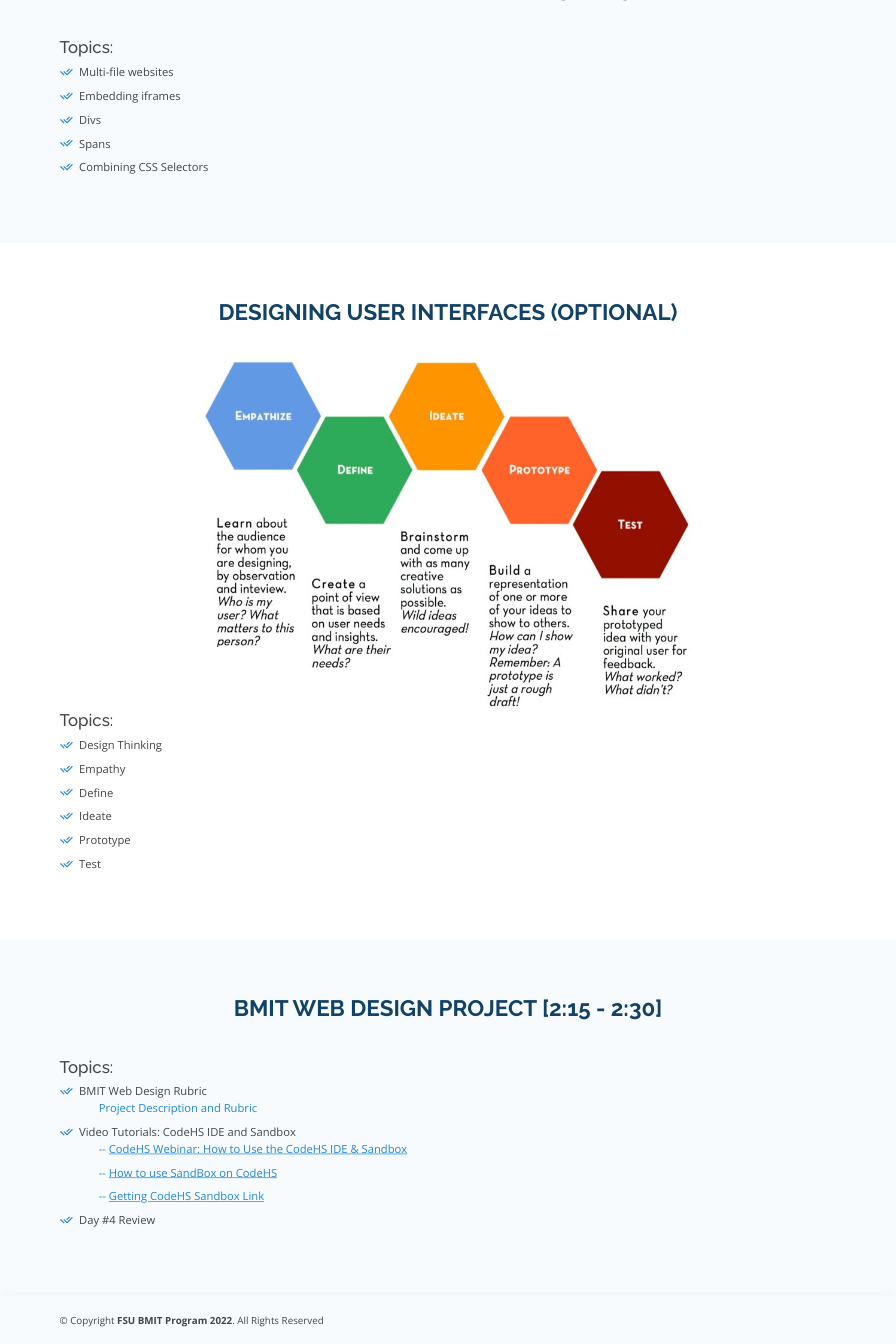
Repository: cchatmon/BMIT-Program
Page: BMIT_OnePage/index.html
The author's editor kept a record of every edit. The page is drawn from the files as they stood at one moment, then again after the next edit.
The browser window is 1280 px wide. The pictures show the part of the page from y = 2410 to 4330 px (the page is 4330 px tall before and 4296 px after), at 70% of full size.
Backgrounds fixed to the window are drawn as part of the page.

Above is the page before.

### BMIT_OnePage/index.html
<!DOCTYPE html>
<html lang="en">

<head>
  <meta charset="utf-8">
  <meta content="width=device-width, initial-scale=1.0" name="viewport">

  <title>FSU BMIT Program</title>
  <meta content="" name="descriptison">
  <meta content="" name="keywords">

  <!-- Favicons -->
  <link href="assets/img/favicon.png" rel="icon">
  <link href="assets/img/apple-touch-icon.png" rel="apple-touch-icon">

  <!-- Google Fonts -->
  <link href="https://fonts.googleapis.com/css?family=Open+Sans:300,300i,400,400i,600,600i,700,700i|Raleway:300,300i,400,400i,500,500i,600,600i,700,700i|Poppins:300,300i,400,400i,500,500i,600,600i,700,700i" rel="stylesheet">

  <!-- Vendor CSS Files -->
  <link href="assets/vendor/bootstrap/css/bootstrap.min.css" rel="stylesheet">
  <link href="assets/vendor/icofont/icofont.min.css" rel="stylesheet">
  <link href="assets/vendor/boxicons/css/boxicons.min.css" rel="stylesheet">
  <link href="assets/vendor/remixicon/remixicon.css" rel="stylesheet">
  <link href="assets/vendor/venobox/venobox.css" rel="stylesheet">
  <link href="assets/vendor/owl.carousel/assets/owl.carousel.min.css" rel="stylesheet">
  <link href="assets/vendor/aos/aos.css" rel="stylesheet">

  <!-- Template Main CSS File -->
  <link href="assets/css/style.css" rel="stylesheet">

  <!-- =======================================================
  * Template Name: OnePage - v2.0.0
  * Template URL: https://bootstrapmade.com/onepage-multipurpose-bootstrap-template/
  * Author: BootstrapMade.com
  * License: https://bootstrapmade.com/license/
  ======================================================== -->
</head>

<body>

  <!-- ======= Header ======= -->
  <header id="header" class="fixed-top">
    <div class="container d-flex align-items-center">

      <h1 class="logo mr-auto"><a href="index.html">FSU BMIT Program</a></h1>
      <!-- Uncomment below if you prefer to use an image logo -->
      <!-- <a href="index.html" class="logo mr-auto"><img src="assets/img/logo.png" alt="" class="img-fluid"></a>-->

      <nav class="nav-menu d-none d-lg-block">
        <ul>
          <li><a href="#getStarted">Getting Started</a></li>
          <li><a href="#htmlStructure">HTML - Structuring Websites</a></li>
          <li><a href="#cssStyling">CSS - Styling Websites</a></li>
          <li><a href="#advanceHTML">Advance HTML & CSS</a></li>
          <li><a href="#userInterface">Designing User Interfaces</a></li>
          <li><a href="#finalProject">Final Project</a></li>
        </ul>
      </nav><!-- .nav-menu -->
    </div>
  </header><!-- End Header -->

  <!-- ======= Hero Section ======= -->
  <section id="hero" class="d-flex align-items-center">
    <div class="container position-relative" data-aos="fade-up" data-aos-delay="100">
      <div class="row justify-content-center">
        <div class="col-xl-7 col-lg-9 text-center">
          <h1>BMIT Web Design Training</h1>
          <h2>Instructor:  Christy Chatmon</h2>
        </div>
      </div>
      </div>
  </section><!-- End Hero -->

  <main id="main">

    <!-- ======= Get Started ======= -->
    <section id="getStarted" class="about">
      <div class="container" data-aos="fade-up">

        <div class="section-title">
          <h2>Getting Started [11:45 - 12:15]</h2>
          <p>Getting Started & Structuring Websites using HTML </p>
        </div>

        <div class="row content">
          <div class="col-lg-12">
            <p>In today's world, web pages are the most common medium for sharing ideas and information.  Learning to design websites is an incredibly useful skill for any career path. The CodeHS Web Design course is a project-based course that teaches students how to build their own web pages. Students will learn the languages HTML and CSS, and will create their own live homepages to serve as portfolios of their creations. By the end of this session, students will be able to explain how web pages are developed and viewed on the Internet,analyze and fix errors in existing websites, and create their very own multi-page websites.  Students will learn the foundations of user interface design, rapid prototyping and user testing,and will work to create professional, mobile responsive websites.
            </p>
            <ul>
              <li><i class="ri-check-double-line"></i>introductions & CodeHS
                  <ul>
                    <li>* <a href="https://codehs.com/go/6C265"><u>Click to go to CodeHS</u></a></li>
                    <li>* Use the following code to join the class:  <b style="color:red;">6C265</b></li>
                    <li>* Web Development Resources:
                          <ul>
                            <li><a href="https://www.w3schools.com/">-- <u>w3schools Online Web Tutorials</u></a></li>
                            <li><a href="https://www.w3schools.com/html/html_examples.asp">-- <u>w3schools - HTML Examples</u></a></li>
                            <li><a href="https://www.tutorialspoint.com/html/index.htm">-- <u>Tutorialspoint</u></a></li>
                            <li><a href="https://html.com/">-- <u>Learn HTML Code, Tags & CSS</u></a></li>
                            <li><a href="http://www.ctyme.com/colors.htm">-- <u>HTML Color Chart</u></a></li>
                          </ul>
                     </li>
                    <li>* Graphics & Image Editors:
                      <ul>
                          <li><a href="https://freestocks.org/">-- <u>Free Stock - Free stock photos</u></a></li>
                          <li><a href="https://commons.wikimedia.org/wiki/Main_Page">-- <u>Wikimedia Commons - Collection of freely usable media files.</u></a></li>
                          <li><a href="https://wordpress.org/openverse/?referrer=creativecommons.org">-- <u>Openverse - Search through over 600 million items to reuse.</u></a></li>
                          <li><a href="https://burst.shopify.com/">-- <u>Burst - Free stock photos for websites</u></a></li>
                          <li><a href="https://www.pics4learning.com/">-- <u>Pics4Learning - Image library that is safe & free for education.</u></a></li>
                          <li><a href="https://www.pexels.com/">-- <u>Pexels - Free stock photos, royalty free images & videos shared by creators.</u></a></li>
                      </ul>
                    </li>

                  </ul>
              </li>

              <li><i class="ri-check-double-line"></i>Web Design Pretest (15 questions)</li>


            </ul>
          </div>
        </div>
      </div>
    </section>    <!-- =======END Get Started ======= -->


    <!-- ======= HTML Structure ======= -->
    <section id="htmlStructure" class="services section-bg">
      <div class="container" data-aos="fade-up">

        <div class="section-title">
          <h2>HTML - Structuring Websites [12:15 - 1:00]</h2>
        </div>


        <div class="row content">
          <div class="col-lg-12">


            <h4>Topics:</h4>
            <ul>
                  <ul>
                    <li><i class="ri-check-double-line"></i> Introduction to HTML </li>
                    <li><i class="ri-check-double-line"></i> Structure of an HTML page </li>
                    <li><i class="ri-check-double-line"></i> Formatting Text </li>
                    <li><i class="ri-check-double-line"></i> Links </li>
                    <li><i class="ri-check-double-line"></i> Images </li>
                    <li><i class="ri-check-double-line"></i> Copyright </li>
                    <li><i class="ri-check-double-line"></i> HTML Lists </li>
                    <li><i class="ri-check-double-line"></i> HTML Styling </li>
                  </ul>
                </li>
            </ul>
          </div>
        </div>
      </div>
    </section>    <!-- ======= END HTML Structure ======= -->

    <!-- ======= CSS Styling ======= -->
    <section id="cssStyling" class="portfolio">
      <div class="container" data-aos="fade-up">

        <div class="section-title">
          <h2>CSS - Styling Websites [1:00 - 1:45]</h2>
        </div>


        <div class="row content">
          <div class="col-lg-12">

           <h4>Topics:</h4>
            <ul>
                  <ul>
                    <li><i class="ri-check-double-line"></i> Introduction to CSS</li>
                    <li><i class="ri-check-double-line"></i> CSS Select by Tag</li>
                    <li><i class="ri-check-double-line"></i> CSS Select by Class</li>
                    <li><i class="ri-check-double-line"></i> CSS Select by ID</li>
                    <li><i class="ri-check-double-line"></i> The Cascade</li>
                  </ul>

            </ul>
          </div>
        </div>
      </div>
    </section>    <!-- ======= END CSS Styling ======= -->

    <!-- ======= Advance HTML & CSS ======= -->
    <section id="advanceHTML" class="team section-bg">
      <div class="container" data-aos="fade-up">

        <div class="section-title">
          <h2>Advanced HTML & CSS [1:45 - 2:15]</h2>
        </div>


        <div class="row content">
          <div class="col-lg-12">

            <h4>Topics:</h4>

            <ul>
            <ul>
                  <ul>
                    <li><i class="ri-check-double-line"></i> Multi-file websites</li>
                    <li><i class="ri-check-double-line"></i> Embedding iframes</li>
                    <li><i class="ri-check-double-line"></i> Divs</li>
                    <li><i class="ri-check-double-line"></i> Spans</li>
                    <li><i class="ri-check-double-line"></i> Combining CSS Selectors</li>
                  </ul>

            </ul>
          </div>
        </div>
      </div>
    </section>    <!-- ======= END Advance HTML & CSS ======= -->

        <!-- ======= Designing User Interfaces ======= -->
    <section id="userInterface" class="about">
      <div class="container" data-aos="fade-up">

        <div class="section-title">
          <h2>Designing User Interfaces (Optional)</h2>
        </div>


        <div class="row content">
          <div class="col-lg-12">
            <center><img src="designThinking_BMIT2.jpg" width="700" height="500"></img></center>
            <h4>Topics:</h4>

            <ul>
                  <ul>
                    <li><i class="ri-check-double-line"></i> Design Thinking</li>
                    <li><i class="ri-check-double-line"></i> Empathy</li>
                    <li><i class="ri-check-double-line"></i> Define</li>
                    <li><i class="ri-check-double-line"></i> Ideate</li>
                    <li><i class="ri-check-double-line"></i> Prototype</li>
                    <li><i class="ri-check-double-line"></i> Test</li>
                  </ul>

            </ul>
          </div>
        </div>
      </div>
    </section><!-- ======= END Designing User Interfaces ======= -->

    <!-- ======= Final Project ======= -->
    <section id="finalProject" class="team section-bg">
      <div class="container" data-aos="fade-up">

        <div class="section-title">
          <h2>BMIT Web Design Project [2:15 - 2:30]</h2>
        </div>


        <div class="row content">
          <div class="col-lg-12">

           <h4>Topics:</h4>

            <ul>
               <li><i class="ri-check-double-line"></i> BMIT Web Design Rubric
                   <ul>
                     <li>
                       <a href="Final_Project_Description.pdf">Project Description and Rubric</a>
                     </li>
                   </ul>
               </li>

              <li><i class="ri-check-double-line"></i> Video Tutorials: CodeHS IDE and Sandbox
                  <ul>
                    <li><a href="https://youtu.be/Hhi5nLg-VMU">-- <u>CodeHS Webinar: How to Use the CodeHS IDE & Sandbox</u></a></li>
                    <li><a href="https://youtu.be/JlnrJKeUShY">-- <u>How to use SandBox on CodeHS</u></a></li>
                    <li><a href="https://youtu.be/bQetxJr58HM">-- <u>Getting CodeHS Sandbox Link</u></a></li>
                  </ul>

              </li>

                <li><i class="ri-check-double-line"></i> Day #4 Review
              </li>

            </ul>
          </div>
        </div>
      </div>
    </section> <!-- ======= END Final Project ======= -->


  </main><!-- End #main -->

  <!-- ======= Footer ======= -->
  <footer id="footer">

    <div class="container d-md-flex py-4">

      <div class="mr-md-auto text-center text-md-left">
        <div class="copyright">
          &copy; Copyright <strong><span>FSU BMIT Program 2022</span></strong>. All Rights Reserved
        </div>

  </footer><!-- End Footer -->

  <a href="#" class="back-to-top"><i class="ri-arrow-up-line"></i></a>
  <div id="preloader"></div>

  <!-- Vendor JS Files -->
  <script src="assets/vendor/jquery/jquery.min.js"></script>
  <script src="assets/vendor/bootstrap/js/bootstrap.bundle.min.js"></script>
  <script src="assets/vendor/jquery.easing/jquery.easing.min.js"></script>
  <script src="assets/vendor/php-email-form/validate.js"></script>
  <script src="assets/vendor/waypoints/jquery.waypoints.min.js"></script>
  <script src="assets/vendor/counterup/counterup.min.js"></script>
  <script src="assets/vendor/venobox/venobox.min.js"></script>
  <script src="assets/vendor/owl.carousel/owl.carousel.min.js"></script>
  <script src="assets/vendor/isotope-layout/isotope.pkgd.min.js"></script>
  <script src="assets/vendor/aos/aos.js"></script>

  <!-- Template Main JS File -->
  <script src="assets/js/main.js"></script>

</body>

</html>

Loaded but not shown: BMIT_OnePage/assets/vendor/bootstrap/css/bootstrap.min.css (library); BMIT_OnePage/assets/vendor/icofont/icofont.min.css (library); BMIT_OnePage/assets/vendor/boxicons/css/boxicons.min.css (library); BMIT_OnePage/assets/vendor/remixicon/remixicon.css (library); BMIT_OnePage/assets/vendor/venobox/venobox.css (library); BMIT_OnePage/assets/vendor/owl.carousel/assets/owl.carousel.min.css (library); BMIT_OnePage/assets/vendor/aos/aos.css (library); BMIT_OnePage/assets/vendor/jquery/jquery.min.js (library); BMIT_OnePage/assets/vendor/bootstrap/js/bootstrap.bundle.min.js (library); BMIT_OnePage/assets/vendor/jquery.easing/jquery.easing.min.js (common file); BMIT_OnePage/assets/vendor/php-email-form/validate.js (library); BMIT_OnePage/assets/vendor/waypoints/jquery.waypoints.min.js (library); BMIT_OnePage/assets/vendor/counterup/counterup.min.js (common file); BMIT_OnePage/assets/vendor/venobox/venobox.min.js (library); BMIT_OnePage/assets/vendor/owl.carousel/owl.carousel.min.js (library); BMIT_OnePage/assets/vendor/isotope-layout/isotope.pkgd.min.js (library); BMIT_OnePage/assets/vendor/aos/aos.js (library); BMIT_OnePage/assets/js/main.js (207 lines, source omitted); BMIT_OnePage/assets/css/style.css (2029 lines, source omitted)

After the next edit:
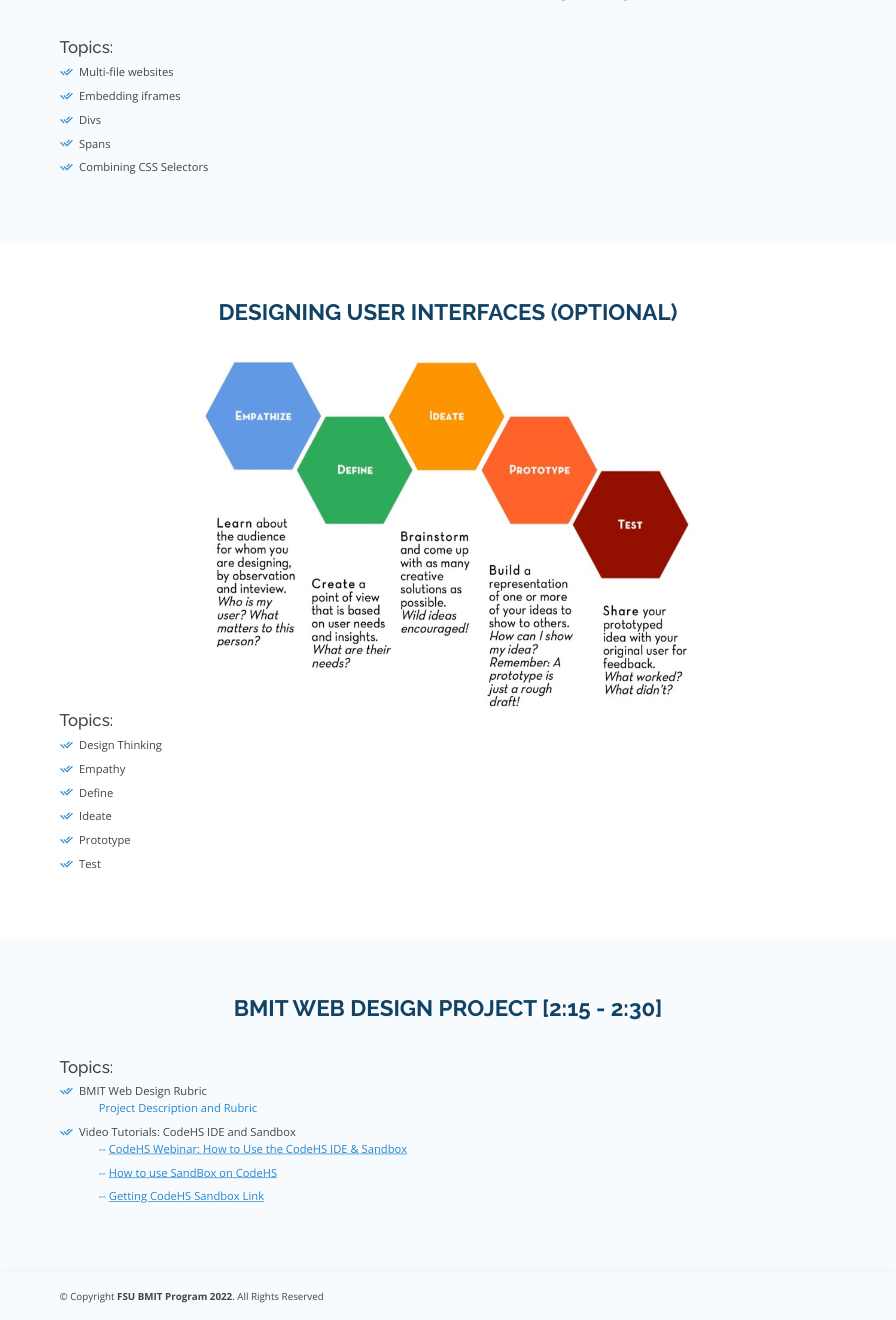
The edit:
--- a/BMIT_OnePage/index.html
+++ b/BMIT_OnePage/index.html
@@ -275,10 +275,6 @@
                   </ul>
 
               </li>
-
-                <li><i class="ri-check-double-line"></i> Day #4 Review
-              </li>
-
             </ul>
           </div>
         </div>
